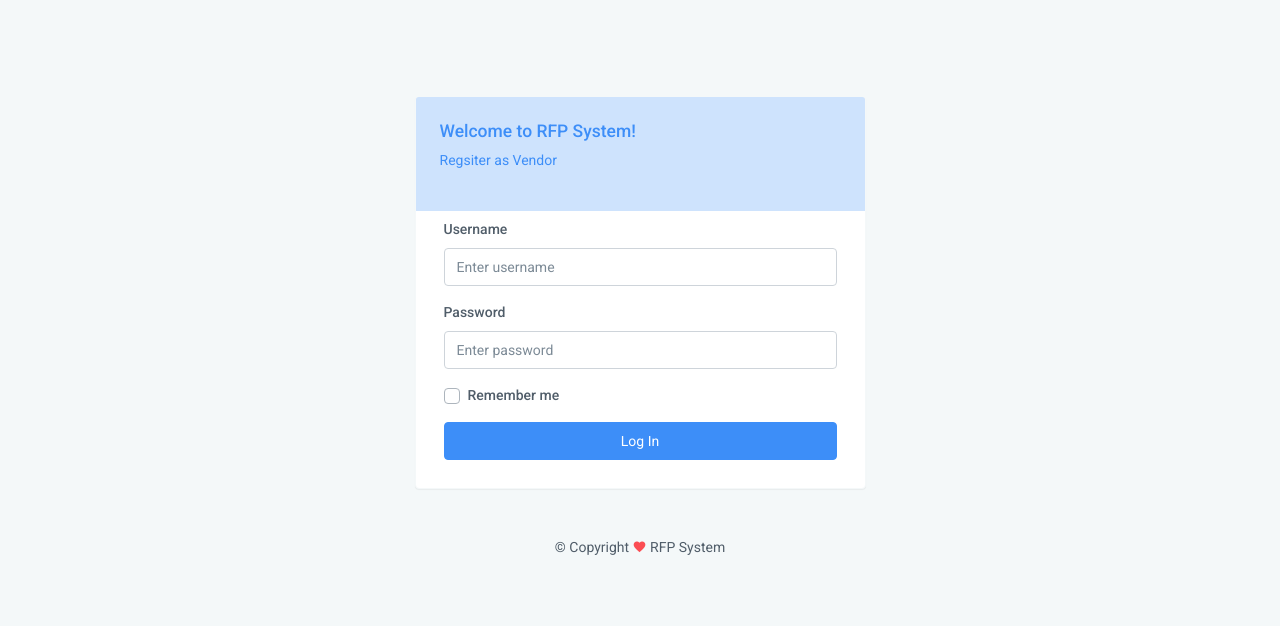
Repository: saurabhgithb/RFP-System
Page: register.html
The author's editor kept a copy of each file at every save. The page is drawn from the files as they stood at one save, then again after the next save.
The browser window is 1280 px wide. The pictures show the whole page.

Above is the page before, as saved 2023-01-04 14:24:46.

After the next save:
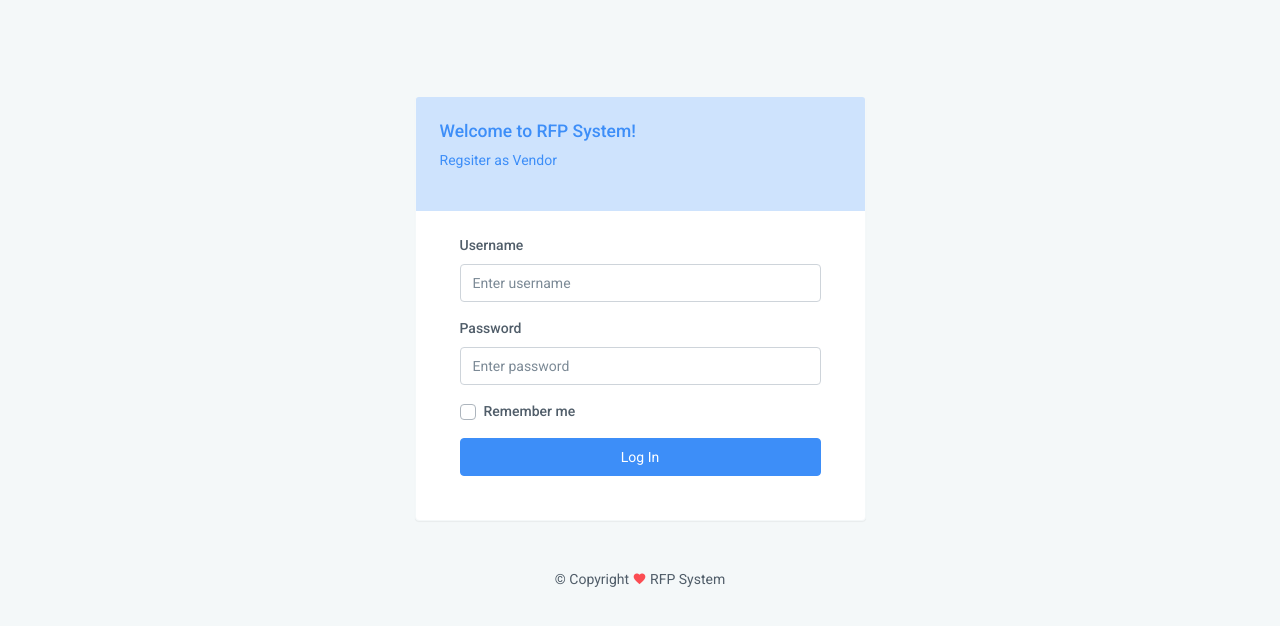
Saved 8 s later.
--- a/register.html
+++ b/register.html
@@ -41,7 +41,7 @@
                                 </div>
                             </div>
                             <div class="card-body pt-0">
-                                <div class="p-2">
+                                <div class="p-4">
                                     <form class="form-horizontal" action="">
 
                                         <div class="form-group">
